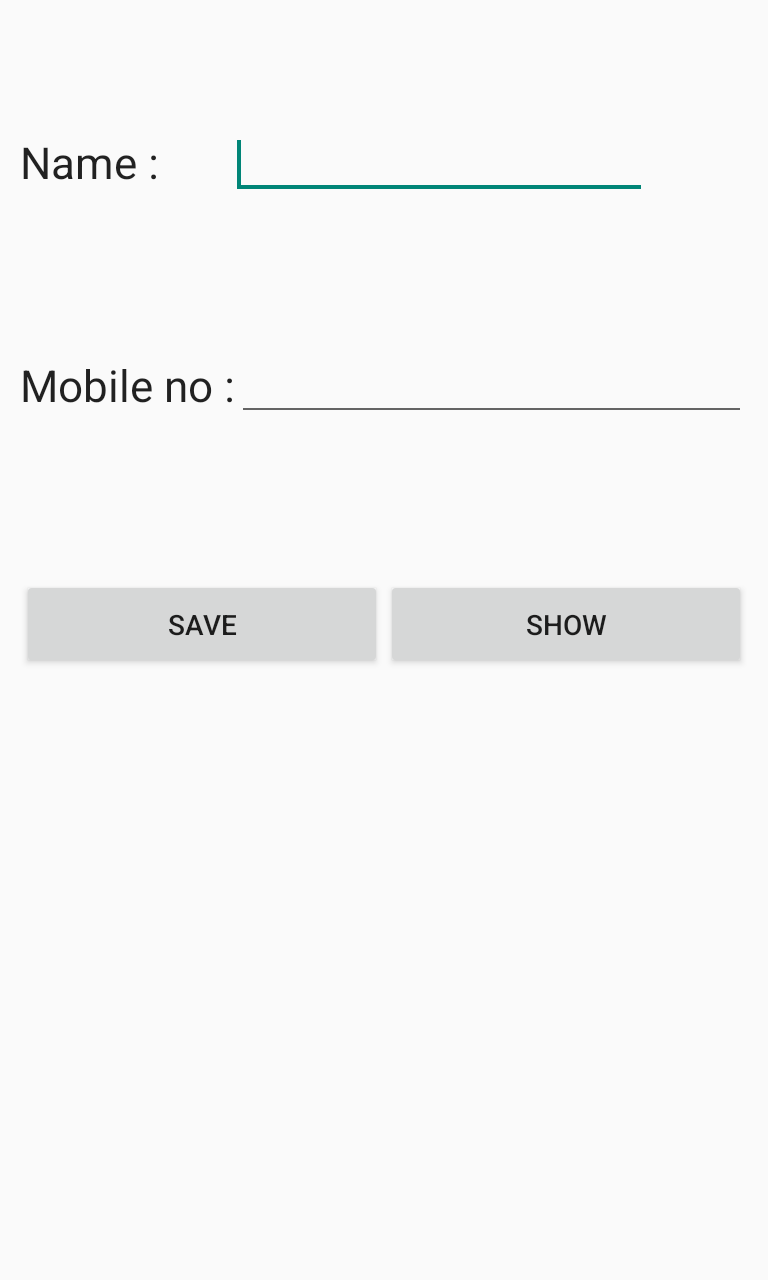
Repository: rajeshmule/Android-Data-Storage-Option
Layout: SharedPreference/res/layout/activity_main2.xml
An editor plug-in stored every save of this project. The layout is shown before and after the next save, followed by the edit.
It is drawn on a 768 x 1280 px phone screen (xhdpi) without system bars, with theme AppTheme; the app's code is not run.

Above is the layout before, as saved 2014-08-22 16:27:09.

After the next save:
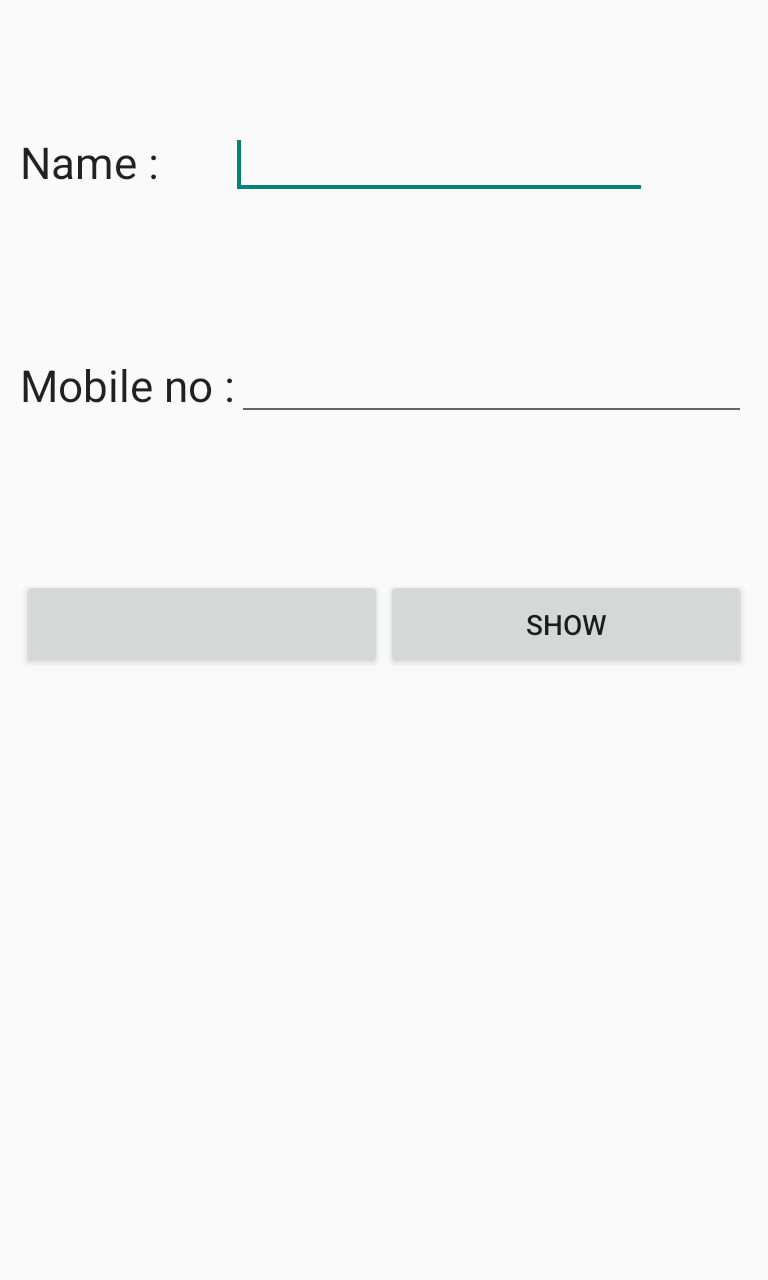
Saved 19 s later.
--- a/SharedPreference/res/layout/activity_main2.xml
+++ b/SharedPreference/res/layout/activity_main2.xml
@@ -72,7 +72,7 @@
             android:layout_width="0dp"
             android:layout_height="wrap_content"
             android:layout_weight="1"
-            android:text="@string/Save_fix" />
+            />
 
         <Button
             android:id="@+id/button2"
